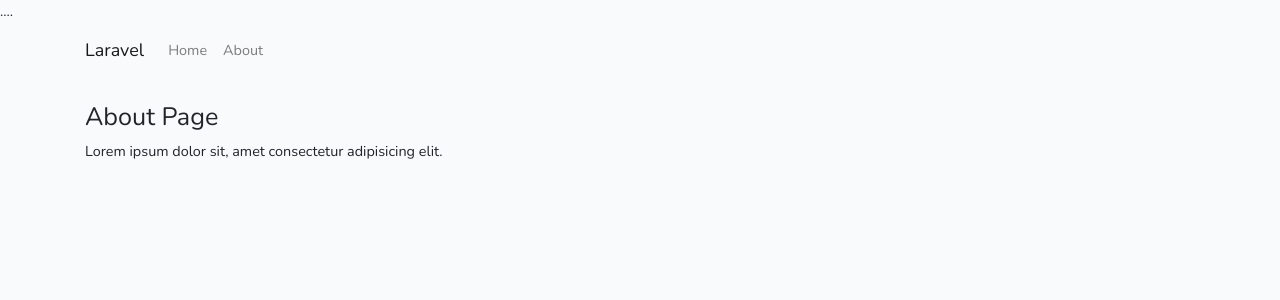
Repository: littae2/studio_tutorial
Page: http://localhost/about
These files come from the project's save history. The page is drawn as it stood at one moment and after the next save; the edit follows.
The browser window is 1280 px wide. The pictures show the whole page.
The page is served by the project's Laravel application, run on PHP 8.4 with Laravel 8. Other server files are loaded and not shown.

Above is the page before, as saved 2021-03-12 16:06:56.

### TutorialProject/routes/web.php
<?php

use Illuminate\Support\Facades\Route;

/*
|--------------------------------------------------------------------------
| Web Routes
|--------------------------------------------------------------------------
|
| Here is where you can register web routes for your application. These
| routes are loaded by the RouteServiceProvider within a group which
| contains the "web" middleware group. Now create something great!
|
*/


Route::get('/','PagesController@index')->name('pages.index');
Route::get('/about','PagesController@about')->name('pages.about');

### TutorialProject/app/Http/Controllers/PagesController.php
<?php

namespace App\Http\Controllers;

use Illuminate\Http\Request;

class PagesController extends Controller
{

    public function index(){
        return view('pages.index');
    }

    public function about(){
        return view('pages.about');
    }
}

### TutorialProject/resources/views/pages/about.blade.php
@extends('layouts')

@section('title')
Laravel 5.8 Basics | About Page
@endsection

@section('content')
    <h3>About Page</h3>
    <p>Lorem ipsum dolor sit, amet consectetur adipisicing elit.</p>
@endsection

### TutorialProject/resources/views/layouts.blade.php
<!DOCTYPE html>
<html lang="en">
<head>
    <meta charset="UTF-8">
    <meta name="viewport" content="width=device-width, initial-scale=1.0">
    <meta http-equiv="X-UA-Compatible" content="ie=edge">
    <link rel="stylesheet" href="{{asset('css/app.css')}}"> {{-- <- bootstrap css --}}
    <title>@yield('title','Laravel 5.8 Basics')</title>

    <link href="/css/app.css" rel="stylesheet">

  <body>
    ....
    <script src="/js/app.js"></script>
  </body>
</head>
<body>
    {{-- That's how you write a comment in blade --}}

    @include('navbar')

    <main class="container mt-4">
        @yield('content')
    </main>

    <script src="{{asset('js/app.js')}}"></script> {{-- <- bootstrap and jquery --}}

</body>
</html>

### TutorialProject/resources/views/navbar.blade.php
<nav class="navbar navbar-expand-md navbar-light navbar-laravel">
    <div class="container">
        <a class="navbar-brand" href="{{ url('/') }}">
            {{ config('app.name', 'Laravel') }}
        </a>
        <button class="navbar-toggler" type="button" data-toggle="collapse" data-target="#navbarSupportedContent" aria-controls="navbarSupportedContent" aria-expanded="false" aria-label="{{ __('Toggle navigation') }}">
            <span class="navbar-toggler-icon"></span>
        </button>
        <div class="collapse navbar-collapse" id="navbarSupportedContent">
            <!-- Left Side Of Navbar -->
            <ul class="navbar-nav mr-auto">
                <li class="nav-item">
                    <a href="{{route('pages.index')}}" class="nav-link">Home</a>
                </li>
                <li class="nav-item">
                    <a href="{{route('pages.about')}}" class="nav-link">About</a>
                </li>
            </ul>
            <!-- Right Side Of Navbar -->
            <ul class="navbar-nav ml-auto">
            </ul>
        </div>
    </div>
</nav>

Loaded but not shown: TutorialProject/app/Http/Controllers/Controller.php (common file); TutorialProject/public/css/app.css (library)

After the next save:
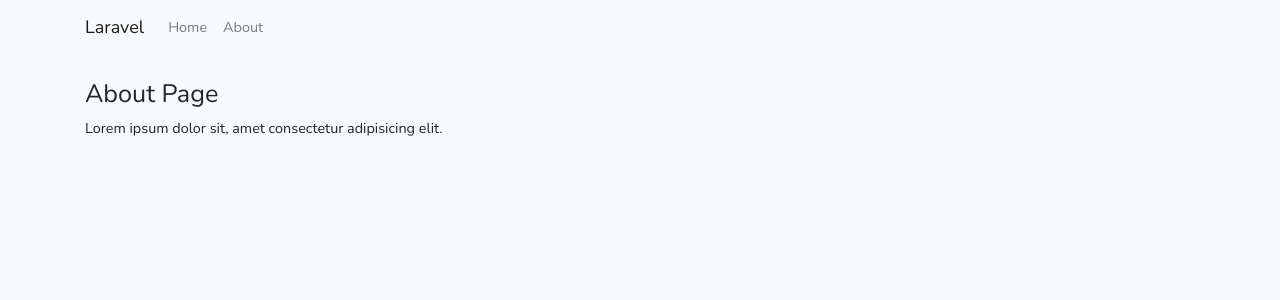
Saved 5 s later.
--- a/TutorialProject/resources/views/layouts.blade.php
+++ b/TutorialProject/resources/views/layouts.blade.php
@@ -9,10 +9,7 @@
 
     <link href="/css/app.css" rel="stylesheet">
 
-  <body>
-    ....
-    <script src="/js/app.js"></script>
-  </body>
+
 </head>
 <body>
     {{-- That's how you write a comment in blade --}}
